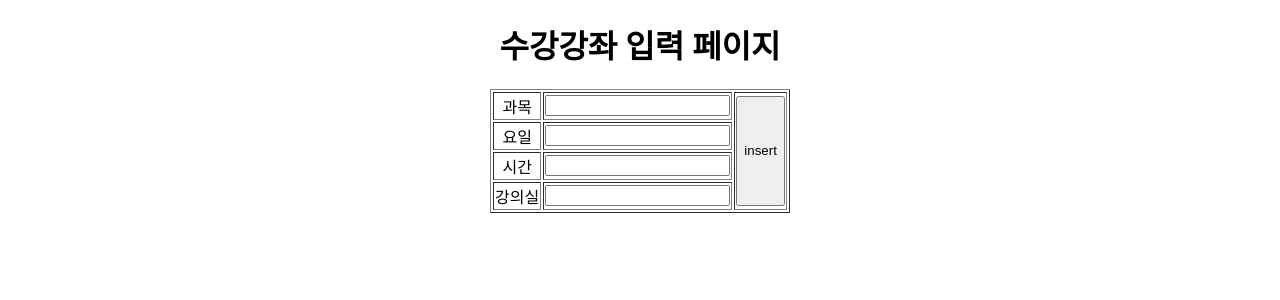
Repository: wake45/Web_Programming_Project
Page: Web_기말프로젝트_20145150_이상욱/WebP/WebContent/insert.html
The author's editor kept a copy of each file at every save. The page is drawn from the files as they stood at one save, then again after the next save.
The browser window is 1280 px wide. The pictures show the whole page.

Above is the page before, as saved 2018-06-17 04:20:55.

### Web_기말프로젝트_20145150_이상욱/WebP/WebContent/insert.html
<!DOCTYPE html>
<html>
<head>
<meta charset="EUC-KR">
<title>Insert title here</title>
</head>
<body>
<form method=post action=insert.jsp>
<center>
<h1>수강강좌 입력 페이지</h1>
	<table border=collapse>
		<tr>
			<td align="center">과목
			<td> <input type=text name=subject>
			<td rowspan="4" align="center"><input type=submit value=insert style="height: 110px;"></td>
		<tr>
			<td align="center">요일
			<td> <input type=text name=day>
		<tr>
			<td align="center">시간
			<td> <input type=text name=time>
		<tr>
			<td align="center">강의실
			<td> <input type=text name=classroom>
		</tr>
	</table>
</form>
</body>
</html>

After the next save:
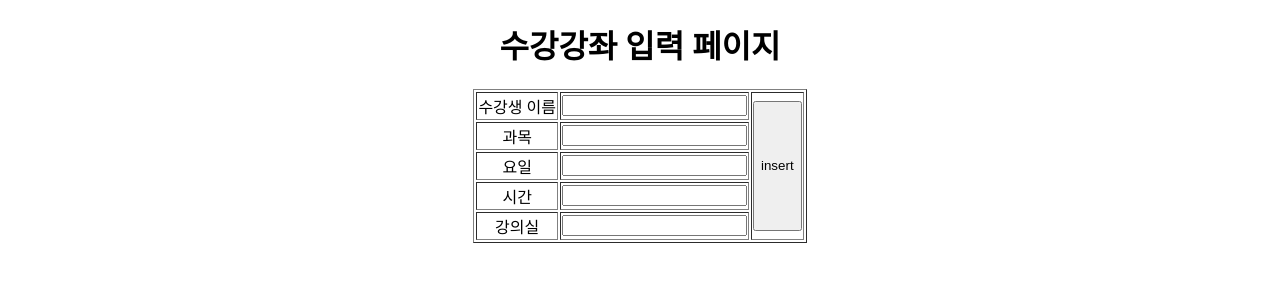
Saved 14 min 8 s later.
--- a/Web_기말프로젝트_20145150_이상욱/WebP/WebContent/insert.html
+++ b/Web_기말프로젝트_20145150_이상욱/WebP/WebContent/insert.html
@@ -10,9 +10,13 @@
 <h1>수강강좌 입력 페이지</h1>
 	<table border=collapse>
 		<tr>
+			<td align="center">수강생 이름
+			<td> <input type=text name=name>
+			<td rowspan="5" align="center"><input type=submit value=insert style="height: 130px;"></td>
+
+		<tr>
 			<td align="center">과목
 			<td> <input type=text name=subject>
-			<td rowspan="4" align="center"><input type=submit value=insert style="height: 110px;"></td>
 		<tr>
 			<td align="center">요일
 			<td> <input type=text name=day>
